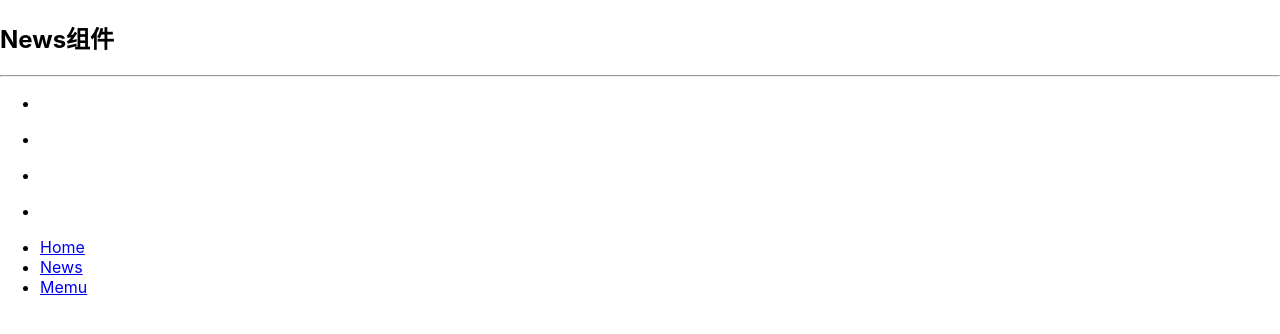
Repository: zhenzhen-gong/react-learning
Page: /news
The author's editor kept a copy of each file at every save. The page is drawn from the files as they stood at one save, then again after a run of saves.
The browser window is 1280 px wide. The pictures show the whole page.
The project was rebuilt for these pictures with package versions that can differ from the ones it lists, and the page was loaded fresh each time. Also part of the build but not shown: src/component/routerTest/home.js, src/component/routerTest/memu.js.

Above is the page before, as saved 2021-04-18 15:51:25.

### src/index.js
import React from 'react';
import ReactDOM from 'react-dom';
import {
  BrowserRouter as Router,
  Route,
  Link
} from "react-router-dom";

import './index.css';
import Home from './component/routerTest/home';
import News from './component/routerTest/news';
import Memu from './component/routerTest/memu';
import reportWebVitals from './reportWebVitals';

ReactDOM.render(
  <Router>
    {/*
     <Route path='/'> <Home /> </Route>
    <Route path='/news'> <News /> </Route>
    <Route path='/memu'>  <Memu /> </Route>
     */}
     {/*exact 为严格匹配*/}
     <Route exact  path='/' component={Home} />
    <Route path='/news' component={News} />
    <Route path='/memu' component={Memu} />

    <ul>
          <li>
            <Link to="/">Home</Link>
          </li>
          <li>
            <Link to="/news/:api">News</Link>
          </li>
          <li>
            <Link to="/memu">Memu</Link>
          </li>
        </ul>

  </Router>,
  document.getElementById('root')
);

// If you want to start measuring performance in your app, pass a function
// to log results (for example: reportWebVitals(console.log))
// or send to an analytics endpoint. Learn more: https://bit.ly/CRA-vitals
reportWebVitals();

### src/component/routerTest/news.js
import React, {Component} from 'react'
import { Link } from "react-router-dom";

import NewsContent from './newsContent'


class News extends Component {
    constructor(props) {
        super(props)
        this.state = {
            msg: "News组件",
            list: [
                {
                    api:"01",
                    title: '01新闻'
                },
                {
                    api:"02",
                    title: '02新闻'
                },
                {
                    api:"03",
                    title: '03新闻'
                },
                {
                    api:"04",
                    title: '04新闻'
                }
            ]
        }
    }


    render() {
        return (
            <div>
                <h2>{this.state.msg}</h2>
                <hr />
                <ul>
                    {
                        this.state.list.map((value, key) => {
                            return (<li key={key}>
                                <Link to={`/news/${value.api}`} component={NewsContent}>{value.title}</Link>
                            </li>)
                        })
                    }
                </ul>
            </div>
        )
    }
}


export default News;

### src/component/routerTest/newsContent.js
import React, {Component} from 'react'

class NewsContent extends Component {
    constructor(props) {
        super(props);
        this.state = {  }
    }
    render() {
        return (
            <div></div>
         );
    }
}

export default NewsContent;

Loaded but not shown: public/index.html (common file); src/index.css (common file); src/reportWebVitals.js (common file)

After the next 4 saves:
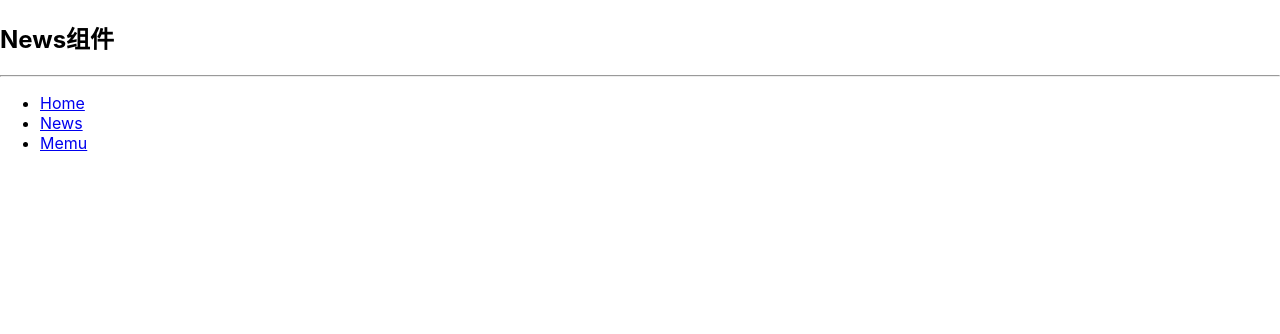
The 4 saves are shown as one change because 3 did not build or start.
The last was saved 5 min 9 s later.
--- a/src/component/routerTest/news.js
+++ b/src/component/routerTest/news.js
@@ -1,5 +1,5 @@
 import React, {Component} from 'react'
-import { Link } from "react-router-dom";
+import { Link, Router } from "react-router-dom";
 
 import NewsContent from './newsContent'
 
@@ -39,9 +39,11 @@ class News extends Component {
                 <ul>
                     {
                         this.state.list.map((value, key) => {
-                            return (<li key={key}>
-                                <Link to={`/news/${value.api}`} component={NewsContent}>{value.title}</Link>
-                            </li>)
+                            return
+                                <li key={key}>
+                                  <Link to={`/news/${value.api}`}>{value.title}</Link>
+                                </li>
+
                         })
                     }
                 </ul>
--- a/src/component/routerTest/newsContent.js
+++ b/src/component/routerTest/newsContent.js
@@ -7,7 +7,7 @@ class NewsContent extends Component {
     }
     render() {
         return (
-            <div></div>
+            <div>新闻详情页</div>
          );
     }
 }
